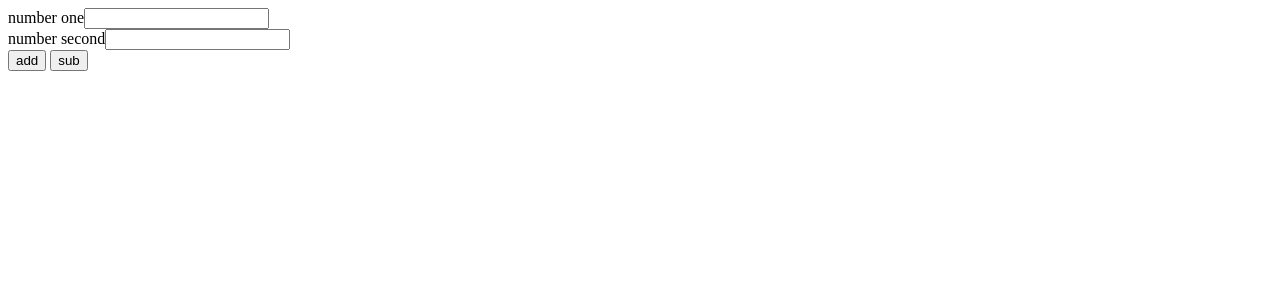
Repository: ssreddy25/servelet
Page: addservelte/src/main/webapp/calculation.html
These files come from the project's save history. The page is drawn as it stood at one moment and after the next save; the edit follows.
The browser window is 1280 px wide. The pictures show the whole page.

Above is the page before, as saved 2022-10-14 11:27:17.

### addservelte/src/main/webapp/calculation.html
<!DOCTYPE html>
<html>
<head>
<meta charset="ISO-8859-1">
<title>calculation</title>
</head>
<body>
<form action="./Calulation">
number one<input type="text" name="t1"><br>
number second<input type="text" name="t2"><br>
<input type="submit" name="add1" value="add">
<input type="submit" name="sub1" value="sub">
</form>

</body>
</html>

After the next save:
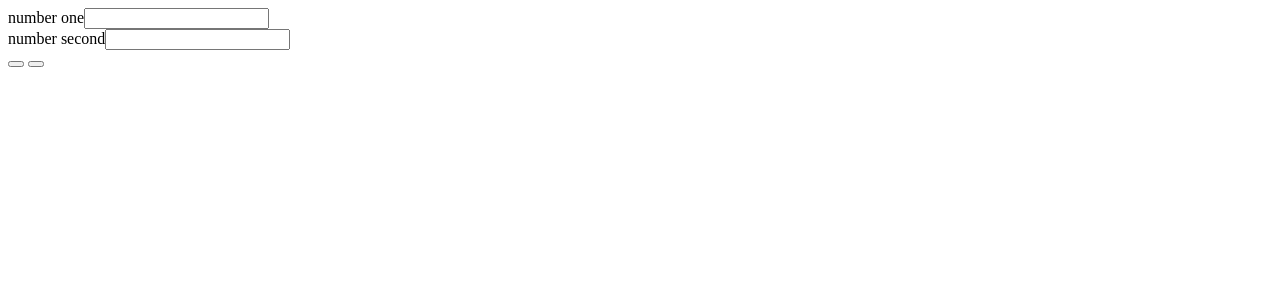
Saved 7 min 13 s later.
--- a/addservelte/src/main/webapp/calculation.html
+++ b/addservelte/src/main/webapp/calculation.html
@@ -8,8 +8,8 @@
 <form action="./Calulation">
 number one<input type="text" name="t1"><br>
 number second<input type="text" name="t2"><br>
-<input type="submit" name="add1" value="add">
-<input type="submit" name="sub1" value="sub">
+<button type="submit" name="add1" value="add" ></button >
+<button type="submit" name="sub1" value="sub" ></button >
 </form>
 
 </body>

After the save that followed:
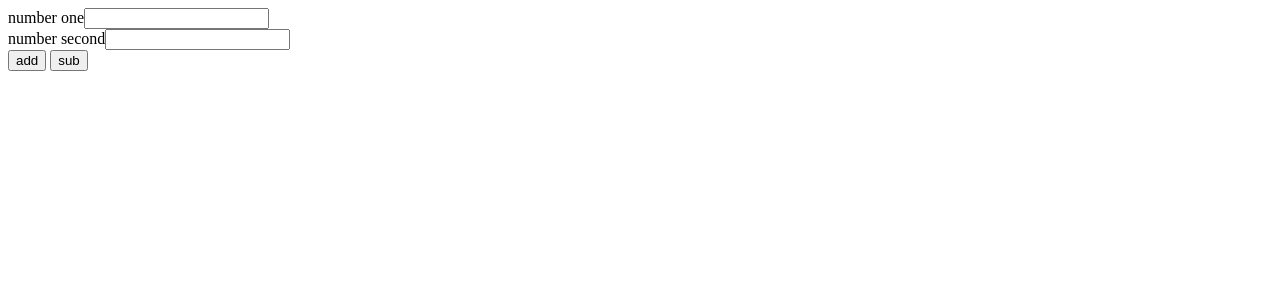
Saved 106 s later.
--- a/addservelte/src/main/webapp/calculation.html
+++ b/addservelte/src/main/webapp/calculation.html
@@ -8,8 +8,8 @@
 <form action="./Calulation">
 number one<input type="text" name="t1"><br>
 number second<input type="text" name="t2"><br>
-<button type="submit" name="add1" value="add" ></button >
-<button type="submit" name="sub1" value="sub" ></button >
+<button type="submit" name="add1"  >add</button >
+<button type="submit" name="add1" >sub</button >
 </form>
 
 </body>
